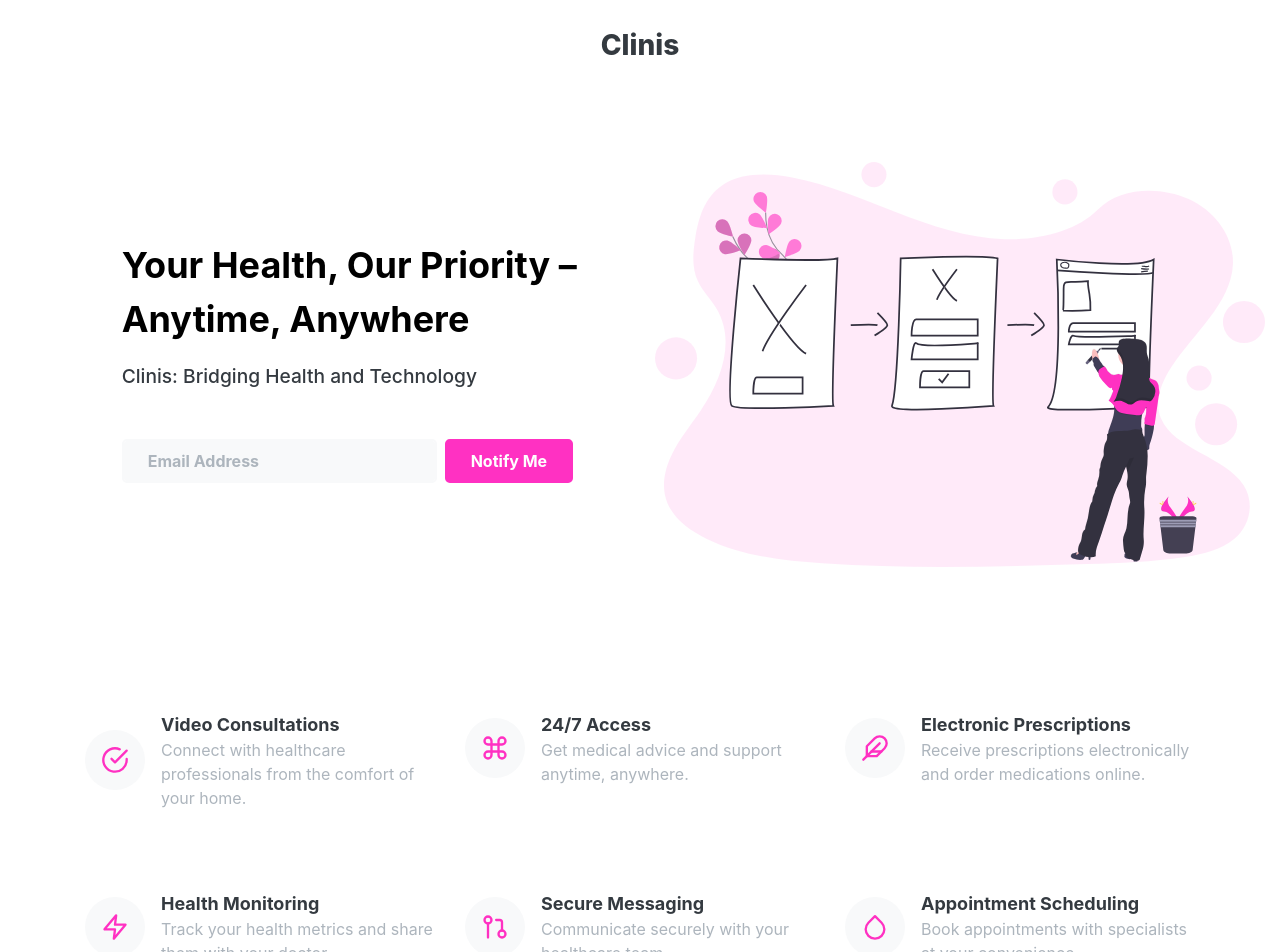
Repository: Rupak09/demo1
Page: index.html
These files come from the project's save history. The page is drawn as it stood at one moment and after the next save; the edit follows.
The browser window is 1280 px wide. The pictures show the part of the page from y = 0 to 952 px (the page is 2843 px tall).
A picture or video elsewhere on the page could not be fetched, so the positions and the page height are approximate. Some web fonts or font styles are not loaded; a fallback is used. Some web libraries are served in a nearby version.

Above is the page before, as saved 2024-12-28 12:01:29.

After the next save:
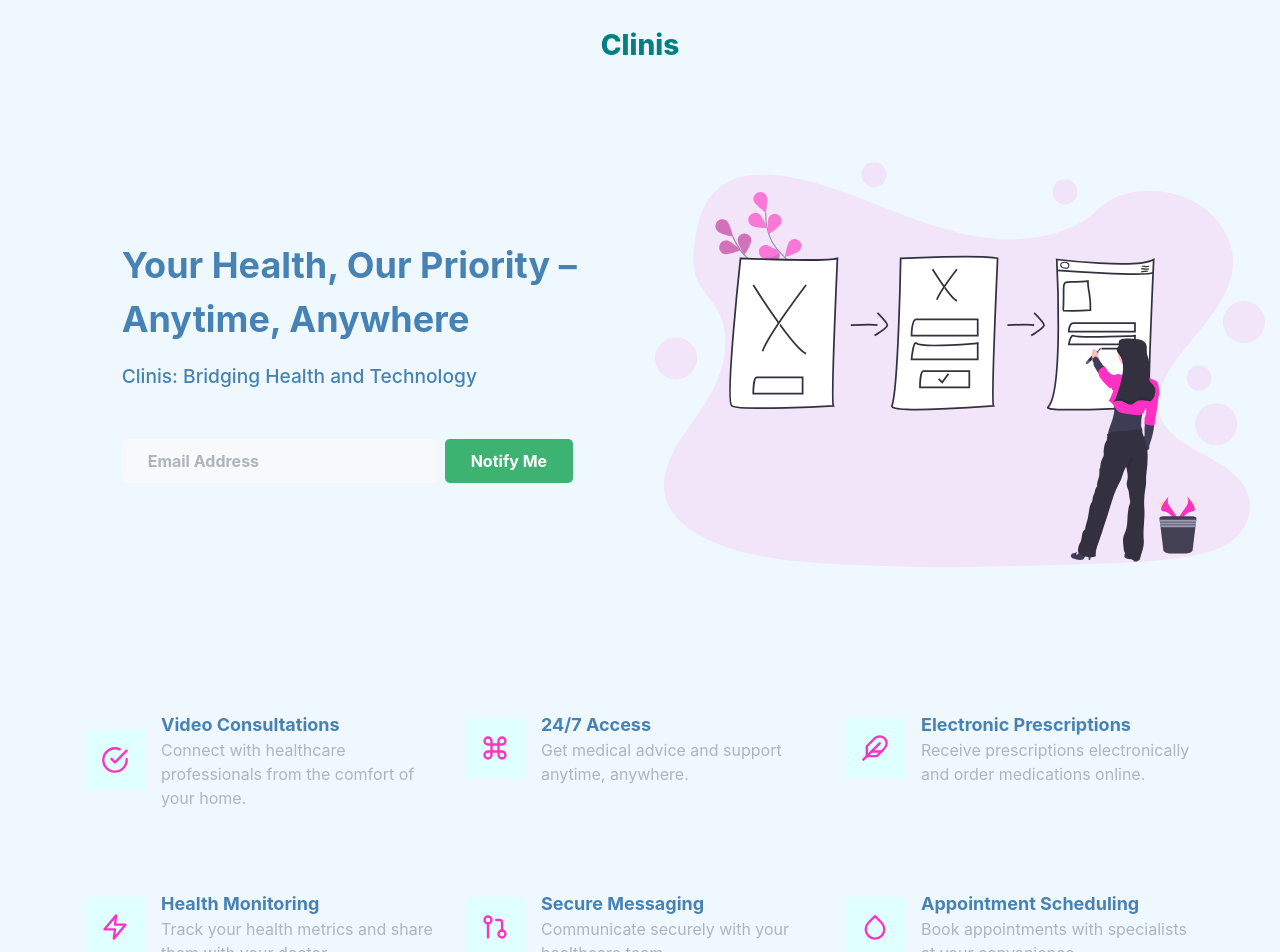
Saved 88 s later.
--- a/index.html
+++ b/index.html
@@ -12,6 +12,42 @@
 
     <!-- Bootstrap CSS / Color Scheme -->
     <link rel="stylesheet" href="css/bootstrap.css">
+    <style>
+        body {
+            background-color: #f0f8ff; /* Alice Blue */
+            color: #2f4f4f; /* Dark Slate Gray */
+        }
+        .heading-brand {
+            color: #008080; /* Teal */
+        }
+        h1, .lead, .title {
+            color: #4682b4; /* Steel Blue */
+        }
+        .btn-primary {
+            background-color: #3cb371; /* Medium Sea Green */
+            border-color: #3cb371;
+        }
+        .btn-primary:hover {
+            background-color: #2e8b57; /* Sea Green */
+            border-color: #2e8b57;
+        }
+        .icon-box-inner {
+            background-color: #e0ffff; /* Light Cyan */
+        }
+        .icon-box-inner span {
+            color: #20b2aa; /* Light Sea Green */
+        }
+        footer {
+            background-color: #008080; /* Teal */
+            color: #ffffff; /* White */
+        }
+        a {
+            color: #008b8b; /* Dark Cyan */
+        }
+        a:hover {
+            color: #20b2aa; /* Light Sea Green */
+        }
+    </style>
 </head>
 <body>
 
